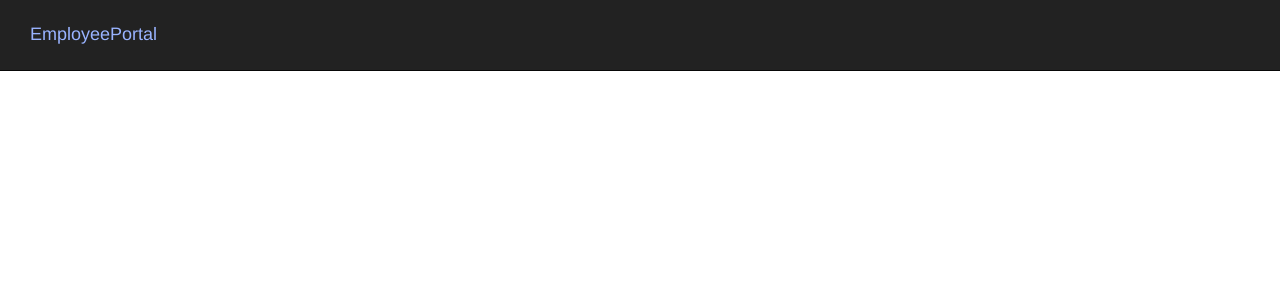
Repository: jagdishpatil18/JavaAdv
Page: http://localhost/EmployeePortal/header.jsp
An editor plug-in stored every save of this project. The page is shown before and after the next save, followed by the edit.
The browser window is 1280 px wide. The pictures show the whole page.
Some web libraries are served in a nearby version. The page is served by Tomcat 9.

Above is the page before, as saved 2017-05-27 04:44:35.

After the next save:
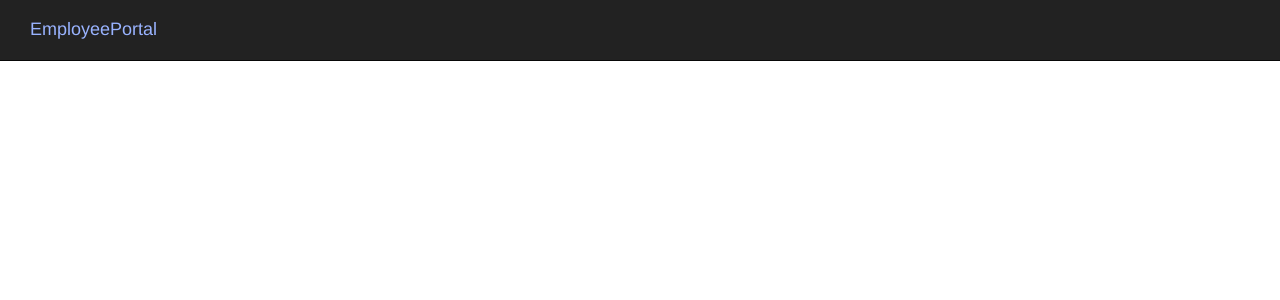
Saved 15 s later.
--- a/EmployeePortal/EmployeePortal/WebContent/header.jsp
+++ b/EmployeePortal/EmployeePortal/WebContent/header.jsp
@@ -17,7 +17,7 @@
 <style>
 .portalname{
 color: 	 #99b3ff;
-padding: 15px 15px;
+padding: 10px 15px;
 }
 </style>
 
